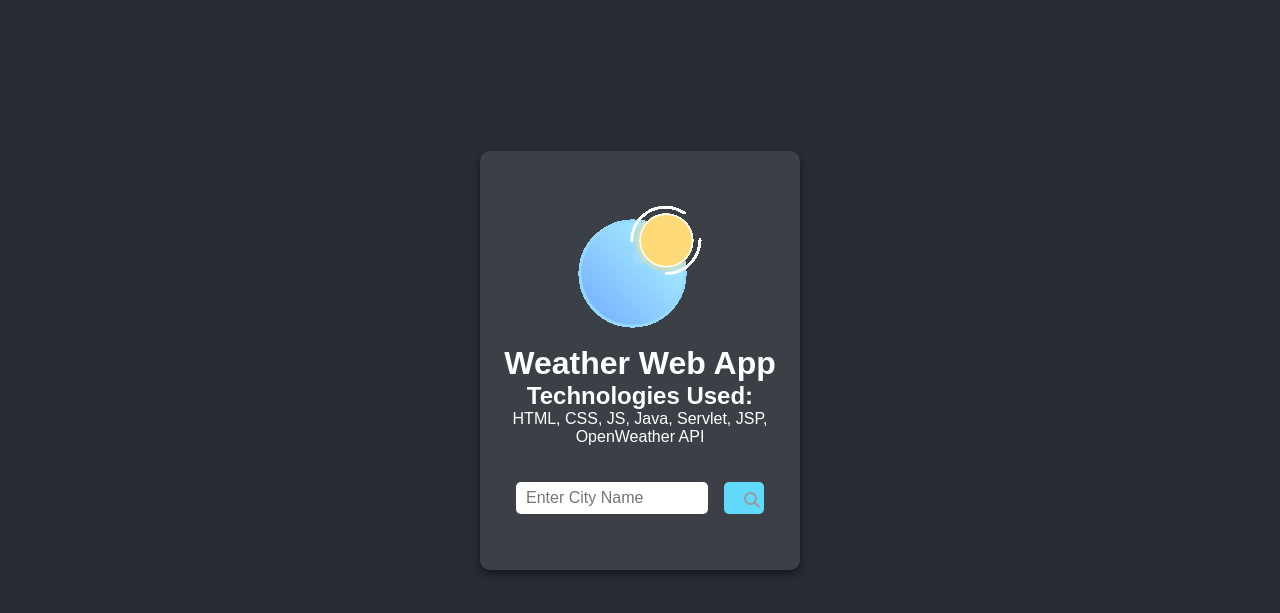
Repository: MinhajulMukthar/Weather-WebApp
Page: http://localhost/Weather_App/
An editor plug-in stored every save of this project. The page is shown before and after the next save, followed by the edit.
The browser window is 1280 px wide. The pictures show the whole page.
The page is served by Tomcat 10. Other server files are loaded and not shown.

Above is the page before, as saved 2024-09-26 02:29:08.

### Weather App/src/main/webapp/index.html
<!DOCTYPE html>
<html>
<head>
<meta charset="UTF-8">
<meta http-equiv="X-UA-Compatible" content="IE=edge">
<meta name="viewport" content="width=device-width, initial-scale=1.0">
<title>Weather App</title>
<link rel="icon" href="images/rain.png" type="image/png">
<link rel="stylesheet"
	href="https://cdnjs.cloudflare.com/ajax/libs/font-awesome/6.4.0/css/all.min.css" />
<link rel="stylesheet" href="style.css" />

</head>
<body>
	<div class="container">
		<img src="images/Animation.gif">
		<h1>Weather Web App</h1>

		<h2>Technologies Used:</h2>
		<p>HTML, CSS, JS, Java, Servlet, JSP, OpenWeather API</p>
		<form action="ServletWeb" method="post" class="searchInput">
			<input type="text" placeholder="Enter City Name" id="searchInput"
				 name="city" />
			<button id="searchButton">
				<i class="fa-solid fa-magnifying-glass"></i>
			</button>
		</form>
	</div>
</body>
</html>

### Weather App/src/main/webapp/style.css
    * {
  margin: 0;
  padding: 0;
  box-sizing: border-box;
  font-family: "Ubuntu", sans-serif;
}

body {
            background-color: #282c34; /* Dark background color */
            color: white;
            display: flex;
            justify-content: center;
            align-items: center;
            height: 100vh;
}

.container {
            width: 25%; /* 1/4 of the screen width */
            text-align: center;
            background-color: #3b3f46; /* Slightly lighter background */
            padding: 40px 20px;
            border-radius: 10px;
            box-shadow: 0 4px 10px rgba(0, 0, 0, 0.5);
        }

        .searchInput {
            display: flex;
            justify-content: center;
            align-items: center;
            margin-top: 20px;
        }

        #searchInput {
            width: 80%;
            padding: 10px;
            font-size: 16px;
            border-radius: 5px;
            border: none;
            outline: none;
            margin-right: 10px;
        }

        #searchButton {
            padding: 10px 20px;
            background-color: #61dafb; /* Button color */
            border: none;
            border-radius: 5px;
            cursor: pointer;
            font-size: 16px;
            transition: background-color 0.3s;
        }

        #searchButton:hover {
            background-color: #21a1f1; /* Darker color on hover */
        }

.mainContainer {
  width: 25rem;
  height: auto;
  border-radius: 1rem;
  background: #fff;
  box-shadow: 0 14px 28px rgba(0,0,0,0.25),
			0 10px 10px rgba(0,0,0,0.22);
}

.searchInput {
  width: 100%;
  display: flex;
  padding: 1rem 1rem;
  justify-content: center;
}

.searchInput input {
  width: 100%;
  height: 2rem;
  outline: none;
  font-size: 1rem;
  color: #525050;
  padding: 0.2rem 0.5rem;
  border-radius: 1.5rem;
  border: 1px solid #b3b3b3;
}

.searchInput input:focus {
  border: 1px solid #9c9dde;
}

.searchInput button {
  width: 2.2rem;
  height: 2rem;
  cursor: pointer;
  color: #9b9b9b;
  border-radius: 50%;
  margin-left: 0.4rem;
  transition: all 0.3s ease;
  background-color: #fff;
  border: 1px solid #b3b3b3;
}

.searchInput button:hover {
  color: #fff;
  background-color: #9c9dde;
  border: 1px solid #9c9dde;
}

.weatherIcon {
  display: flex;
  padding-top: 0.5rem;
  padding-bottom: 0.5rem;
  justify-content: center;
}

.weatherIcon img {
  max-width: 100%;
  width: 8rem;
}

.weatherDetails .temp{
 font-size: 2rem;
}
.cityDetails {
  color: #323232;
  font-size: 2.5rem;
  text-align: center;
  margin-bottom: 0.5rem;
}

.cityDetails .date {
  color: #323232;
  font-size: 1.5rem;
  text-align: center;
  margin-bottom: 0.5rem;
}

.windDetails {
  display: flex;
  margin-top: 1rem;
  margin-bottom: 1.5rem;
  justify-content: space-around;
}

.windDetails .humidityBox {
  display: flex;
  font-size: 1rem;
  color: #323232;
}

.windDetails .humidity .humidityValue {
 text-align: center;
  font-size: 2rem;
  color: #323232;
}

.windDetails .humidityBox img {
  max-height: 3rem;
  margin-right: 0.5rem;
}

.windDetails .windSpeed {
  display: flex;
  font-size: 1rem;
  color: #323232;
}

.windDetails .windSpeed img {
  max-height: 3rem;
  margin-right: 0.5rem;
}


image-logo{
        height: auto;
        width: auto;
        filter: drop-shadow(20px 10px 10px black);
      }

After the next save:
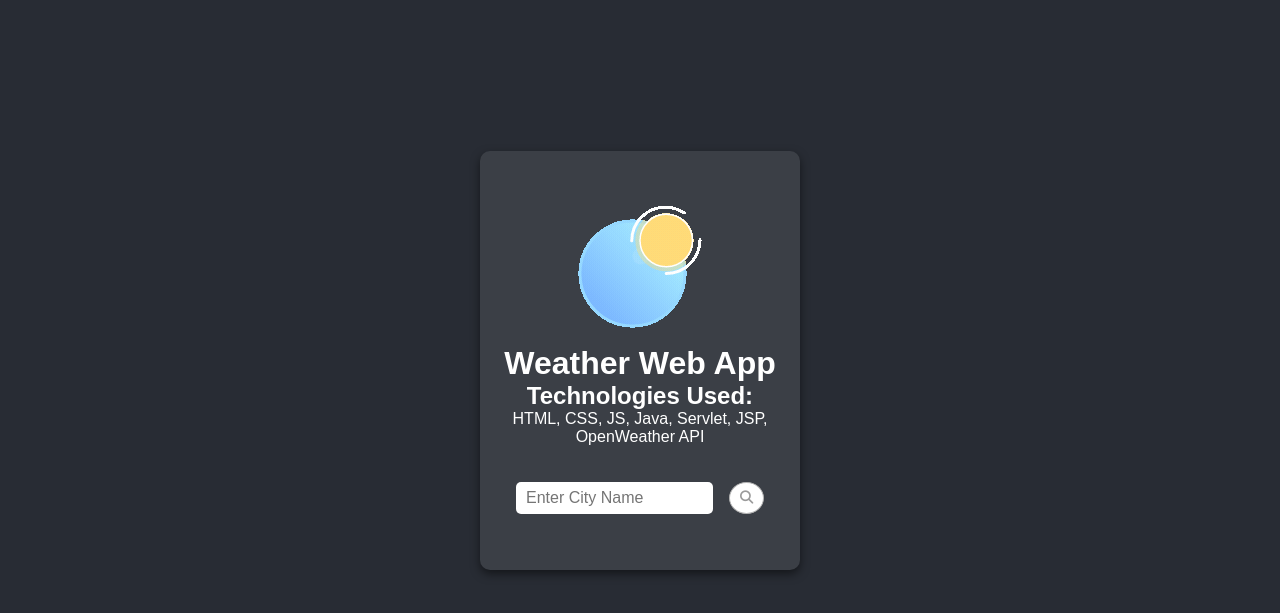
Saved 115 s later.
--- a/Weather App/src/main/webapp/style.css
+++ b/Weather App/src/main/webapp/style.css
@@ -40,9 +40,9 @@
             margin-right: 10px;
         }
 
-        #searchButton {
+        /* #searchButton {
             padding: 10px 20px;
-            background-color: #61dafb; /* Button color */
+            background-color: #61dafb; Button color
             border: none;
             border-radius: 5px;
             cursor: pointer;
@@ -51,8 +51,8 @@
         }
 
         #searchButton:hover {
-            background-color: #21a1f1; /* Darker color on hover */
-        }
+            background-color: #21a1f1; Darker color on hover
+        } */
 
 .mainContainer {
   width: 25rem;
